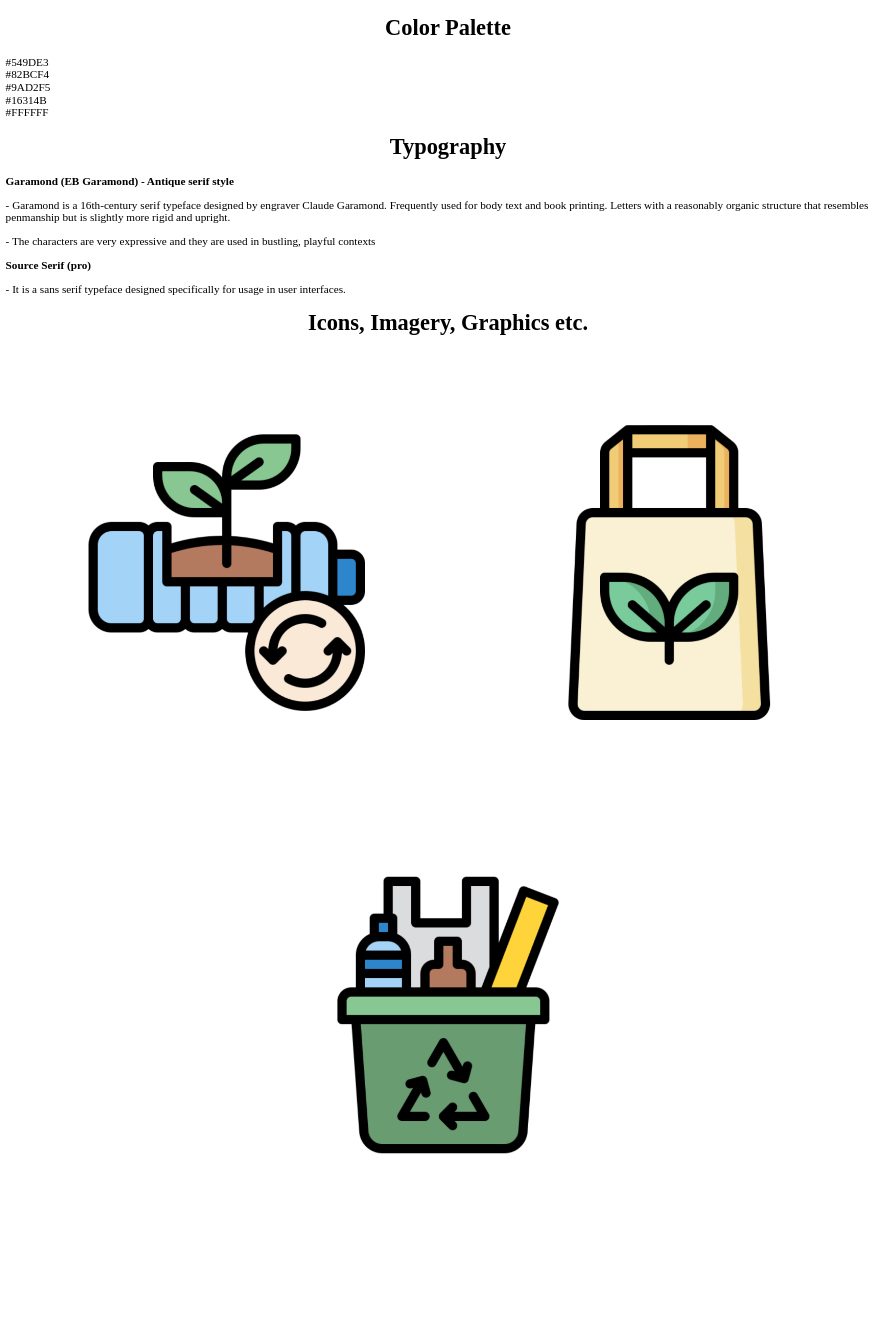
Repository: Pureum309/style_guide
Page: colorpaletteTypo.html
An editor plug-in stored every save of this project. The page is shown before and after the next save, followed by the edit.
The browser window is 1280 px wide. The pictures show the part of the page from y = 0 to 1920 px (the page is 5582 px tall before and 5628 px after), at 70% of full size.

Above is the page before, as saved 2022-03-03 22:52:57.

After the next save:
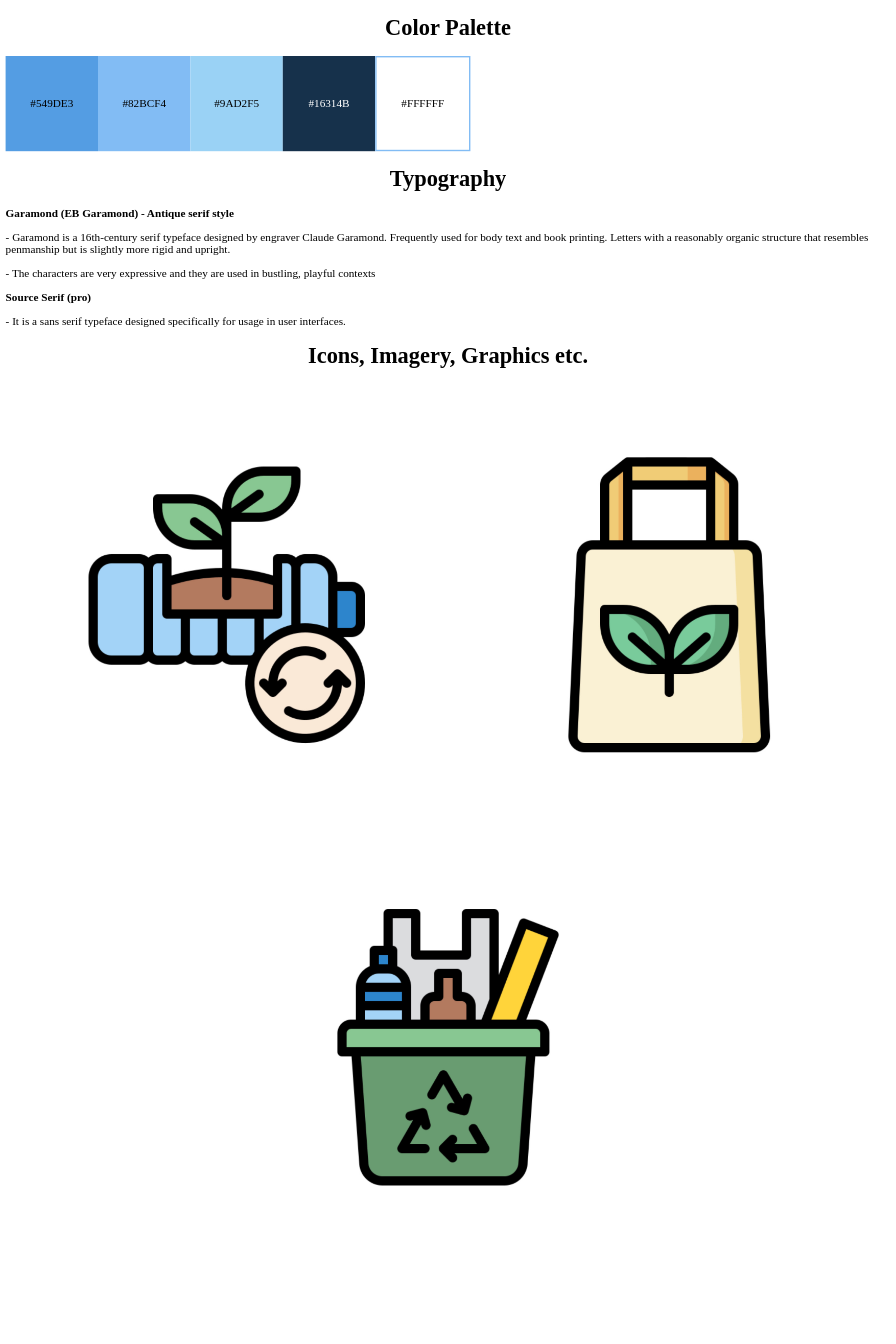
Saved 7 s later.
--- a/main.css
+++ b/main.css
@@ -1,35 +1,45 @@
-div.color_pallete{
-    display: grid;
-    grid-template-columns: 18em auto auto;
-    grid-gap: 1em;
-    justify-content: center;
-    margin: 8em;
-    margin-top: 5em;
-
-}
-div.color {
-    width: 15em;;
-    height: 15em;;
+#color1 {
+    width: 100px;
+    height: 100px;
+    background: #549DE3;
+    text-align: center;
+    display: table-cell;
+    padding: 1em;
+    vertical-align: middle;
 }
 
-div.color:first-child() {
-
+#color2 {
+    width: 100px;
+    height: 100px;
     background: #82BCF4;
-
+    text-align: center;
+    display: table-cell;
+    padding: 1em;
+    vertical-align: middle;
 }
 
-div.color:nth-child() {
-
+#color3 {
+    width: 100px;
+    height: 100px;
     background: #9AD2F5;
-
+    text-align: center;
+    display: table-cell;
+    padding: 1em;
+    vertical-align: middle;
 }
 
-div.color:nth-child() {
+#color4 {
+    width: 100px;
+    height: 100px;
     background: #16314B;
-
+    text-align: center;
+    color: #FFFFFF;
+    display: table-cell;
+    padding: 1em;
+    vertical-align: middle;
 }
 
-div.color:nth-child() {
+#color5 {
     width: 100px;
     height: 100px;
     background: #FFFFFF;
